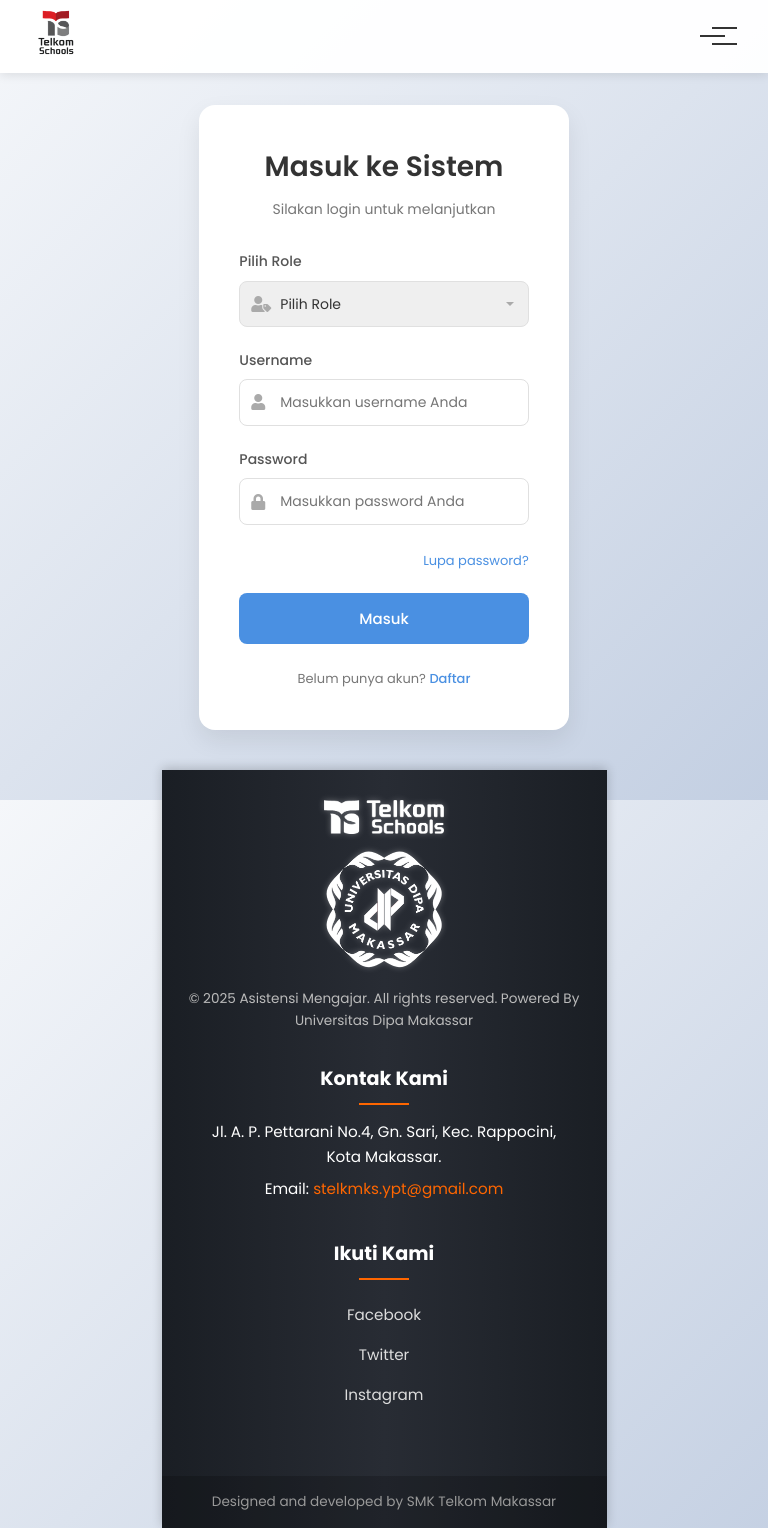
Repository: filperan/absensi-telkom
Page: /login
An editor plug-in stored every save of this project. The page is shown before and after the next save, followed by the edit.
The browser window is 768 px wide. The pictures show the whole page.
The project was rebuilt for these pictures with package versions that can differ from the ones it lists, and the page was loaded fresh each time. Also part of the build but not shown: src/components/HeroSection.css, src/components/HeroSection.js, src/components/NotFound.js, src/components/LoadingScreen.css.

Above is the page before, as saved 2025-02-18 21:17:34.

After the next save:
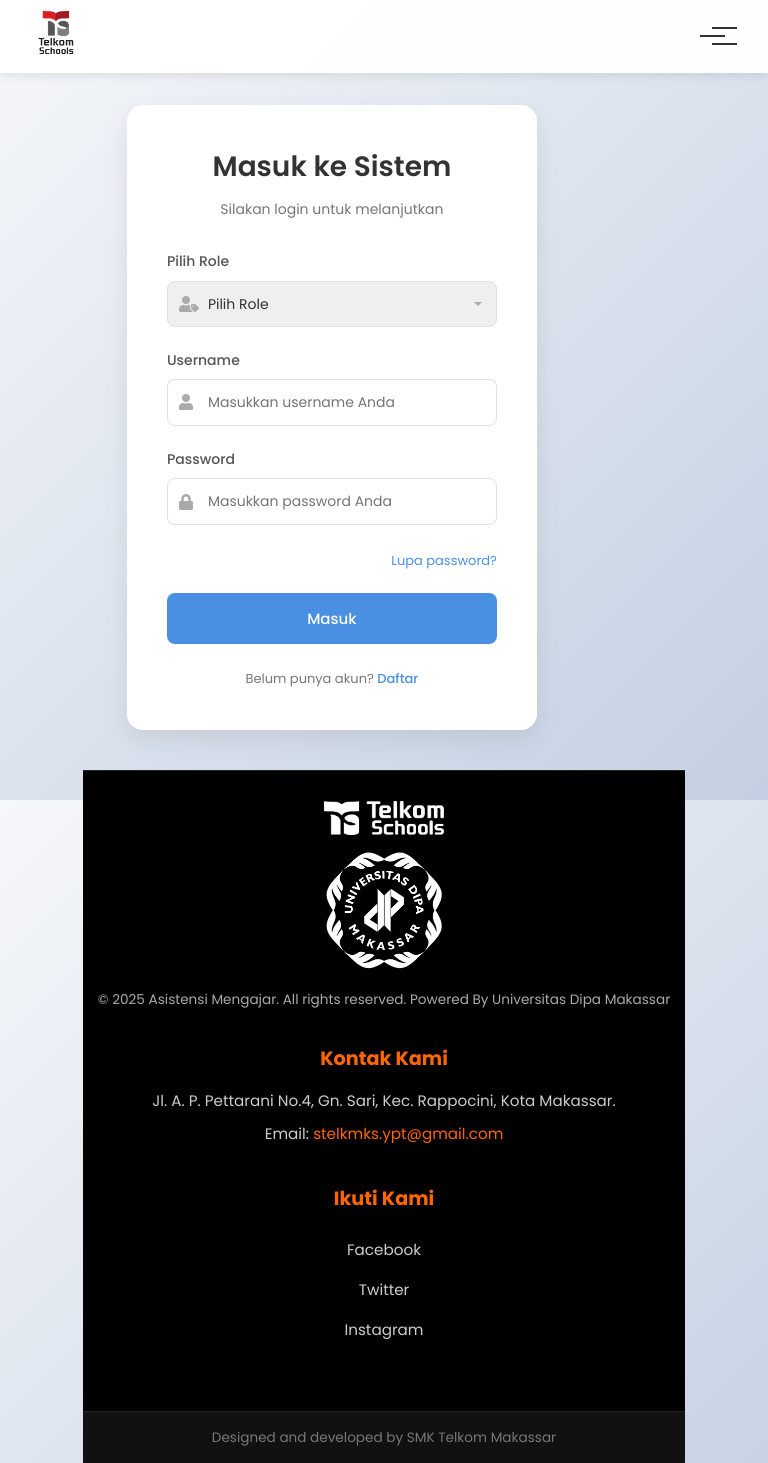
Saved 29 s later.
--- a/src/components/Footer.css
+++ b/src/components/Footer.css
@@ -25,19 +25,21 @@
 /* Footer styles */
 .footer {
   width: 100%;
-  background-color: #282c34;
-  background-image: linear-gradient(to right, #1a1e24, #282c34, #1a1e24);
+  background-color: #000000;
   color: white;
   margin-top: auto;
-  box-shadow: 0 -2px 10px rgba(0, 0, 0, 0.2);
+  border-top: 1px solid #222;
 }
 
 .footer-content {
   display: flex;
   justify-content: space-between;
-  max-width: 100%;
-  padding: 40px 50px;
+  width: 100%;
+  padding: 40px 5%;
   flex-wrap: wrap;
+  box-sizing: border-box;
+  max-width: 1600px;
+  margin: 0 auto;
 }
 
 /* Logo section */
@@ -52,13 +54,12 @@
 .logo-section img {
   max-width: 120px;
   margin-bottom: 15px;
-  filter: drop-shadow(0 0 3px rgba(255, 255, 255, 0.3));
 }
 
 .copyright {
   margin: 3px 0;
   font-size: 0.85rem;
-  color: #bbb;
+  color: #aaa;
 }
 
 /* Contact section */
@@ -71,18 +72,7 @@
 .contact h4 {
   font-size: 1.2rem;
   margin-bottom: 15px;
-  position: relative;
-  padding-bottom: 10px;
-}
-
-.contact h4:after {
-  content: '';
-  position: absolute;
-  left: 0;
-  bottom: 0;
-  width: 50px;
-  height: 2px;
-  background-color: #f60;
+  color: #f60;
 }
 
 .contact address {
@@ -93,6 +83,7 @@
   margin: 8px 0;
   font-size: 0.95rem;
   line-height: 1.6;
+  color: #ccc;
 }
 
 .contact a {
@@ -115,18 +106,7 @@
 .social-media h4 {
   font-size: 1.2rem;
   margin-bottom: 15px;
-  position: relative;
-  padding-bottom: 10px;
-}
-
-.social-media h4:after {
-  content: '';
-  position: absolute;
-  left: 0;
-  bottom: 0;
-  width: 50px;
-  height: 2px;
-  background-color: #f60;
+  color: #f60;
 }
 
 .social-links {
@@ -135,39 +115,32 @@
 }
 
 .social-links a {
-  display: flex;
-  align-items: center;
   margin: 8px 0;
-  color: #ddd;
+  color: #ccc;
   text-decoration: none;
-  transition: all 0.3s ease;
+  transition: color 0.3s ease;
   font-size: 0.95rem;
-}
-
-.social-links a i {
-  margin-right: 10px;
-  font-size: 1.2rem;
 }
 
 .social-links a:hover {
   color: #f60;
-  transform: translateX(5px);
 }
 
 /* Footer bottom */
 .footer-bottom {
+  width: 100%;
   text-align: center;
   padding: 15px 0;
-  background-color: rgba(0, 0, 0, 0.2);
+  background-color: #111;
   font-size: 0.85rem;
-  color: #999;
+  color: #777;
+  border-top: 1px solid #222;
 }
 
 /* Responsive styles */
 @media screen and (max-width: 992px) {
   .footer-content {
-    justify-content: space-around;
-    padding: 30px 20px;
+    padding: 30px 3%;
   }
 
   .contact {
@@ -185,22 +158,13 @@
 
   .logo-section, .contact, .social-media {
     width: 100%;
-    max-width: 400px;
     margin-bottom: 30px;
     align-items: center;
-  }
-
-  .contact h4:after, .social-media h4:after {
-    left: 50%;
-    transform: translateX(-50%);
+    padding: 0;
   }
 
   .social-links {
     align-items: center;
-  }
-
-  .social-links a:hover {
-    transform: translateY(-3px);
   }
 }
 

After the save that followed:
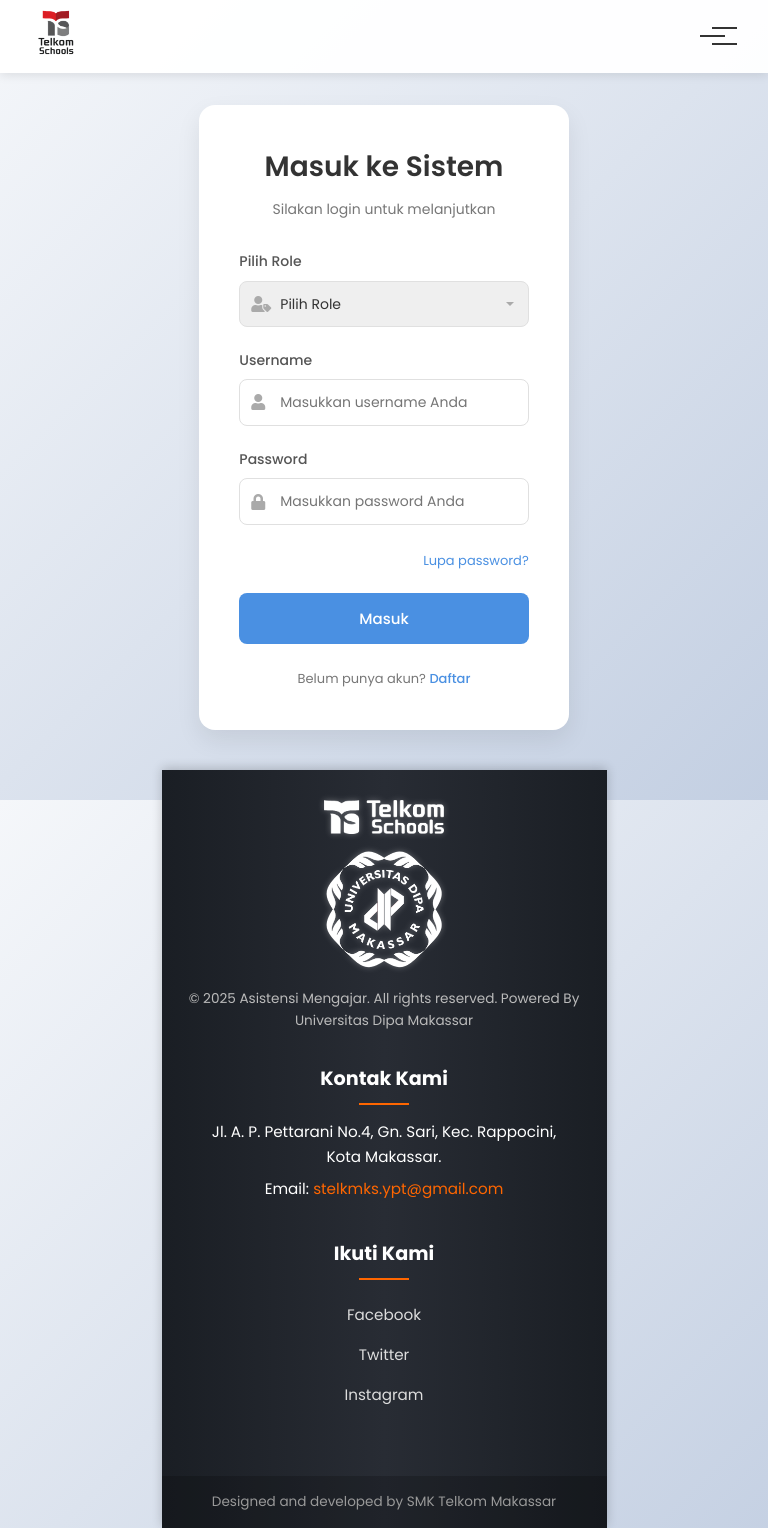
Saved 15 s later.
--- a/src/components/Footer.css
+++ b/src/components/Footer.css
@@ -25,21 +25,19 @@
 /* Footer styles */
 .footer {
   width: 100%;
-  background-color: #000000;
+  background-color: #282c34;
+  background-image: linear-gradient(to right, #1a1e24, #282c34, #1a1e24);
   color: white;
   margin-top: auto;
-  border-top: 1px solid #222;
+  box-shadow: 0 -2px 10px rgba(0, 0, 0, 0.2);
 }
 
 .footer-content {
   display: flex;
   justify-content: space-between;
-  width: 100%;
-  padding: 40px 5%;
+  max-width: 100%;
+  padding: 40px 50px;
   flex-wrap: wrap;
-  box-sizing: border-box;
-  max-width: 1600px;
-  margin: 0 auto;
 }
 
 /* Logo section */
@@ -54,12 +52,13 @@
 .logo-section img {
   max-width: 120px;
   margin-bottom: 15px;
+  filter: drop-shadow(0 0 3px rgba(255, 255, 255, 0.3));
 }
 
 .copyright {
   margin: 3px 0;
   font-size: 0.85rem;
-  color: #aaa;
+  color: #bbb;
 }
 
 /* Contact section */
@@ -72,7 +71,18 @@
 .contact h4 {
   font-size: 1.2rem;
   margin-bottom: 15px;
-  color: #f60;
+  position: relative;
+  padding-bottom: 10px;
+}
+
+.contact h4:after {
+  content: '';
+  position: absolute;
+  left: 0;
+  bottom: 0;
+  width: 50px;
+  height: 2px;
+  background-color: #f60;
 }
 
 .contact address {
@@ -83,7 +93,6 @@
   margin: 8px 0;
   font-size: 0.95rem;
   line-height: 1.6;
-  color: #ccc;
 }
 
 .contact a {
@@ -106,7 +115,18 @@
 .social-media h4 {
   font-size: 1.2rem;
   margin-bottom: 15px;
-  color: #f60;
+  position: relative;
+  padding-bottom: 10px;
+}
+
+.social-media h4:after {
+  content: '';
+  position: absolute;
+  left: 0;
+  bottom: 0;
+  width: 50px;
+  height: 2px;
+  background-color: #f60;
 }
 
 .social-links {
@@ -115,32 +135,39 @@
 }
 
 .social-links a {
+  display: flex;
+  align-items: center;
   margin: 8px 0;
-  color: #ccc;
+  color: #ddd;
   text-decoration: none;
-  transition: color 0.3s ease;
+  transition: all 0.3s ease;
   font-size: 0.95rem;
+}
+
+.social-links a i {
+  margin-right: 10px;
+  font-size: 1.2rem;
 }
 
 .social-links a:hover {
   color: #f60;
+  transform: translateX(5px);
 }
 
 /* Footer bottom */
 .footer-bottom {
-  width: 100%;
   text-align: center;
   padding: 15px 0;
-  background-color: #111;
+  background-color: rgba(0, 0, 0, 0.2);
   font-size: 0.85rem;
-  color: #777;
-  border-top: 1px solid #222;
+  color: #999;
 }
 
 /* Responsive styles */
 @media screen and (max-width: 992px) {
   .footer-content {
-    padding: 30px 3%;
+    justify-content: space-around;
+    padding: 30px 20px;
   }
 
   .contact {
@@ -158,13 +185,22 @@
 
   .logo-section, .contact, .social-media {
     width: 100%;
+    max-width: 400px;
     margin-bottom: 30px;
     align-items: center;
-    padding: 0;
+  }
+
+  .contact h4:after, .social-media h4:after {
+    left: 50%;
+    transform: translateX(-50%);
   }
 
   .social-links {
     align-items: center;
+  }
+
+  .social-links a:hover {
+    transform: translateY(-3px);
   }
 }
 
